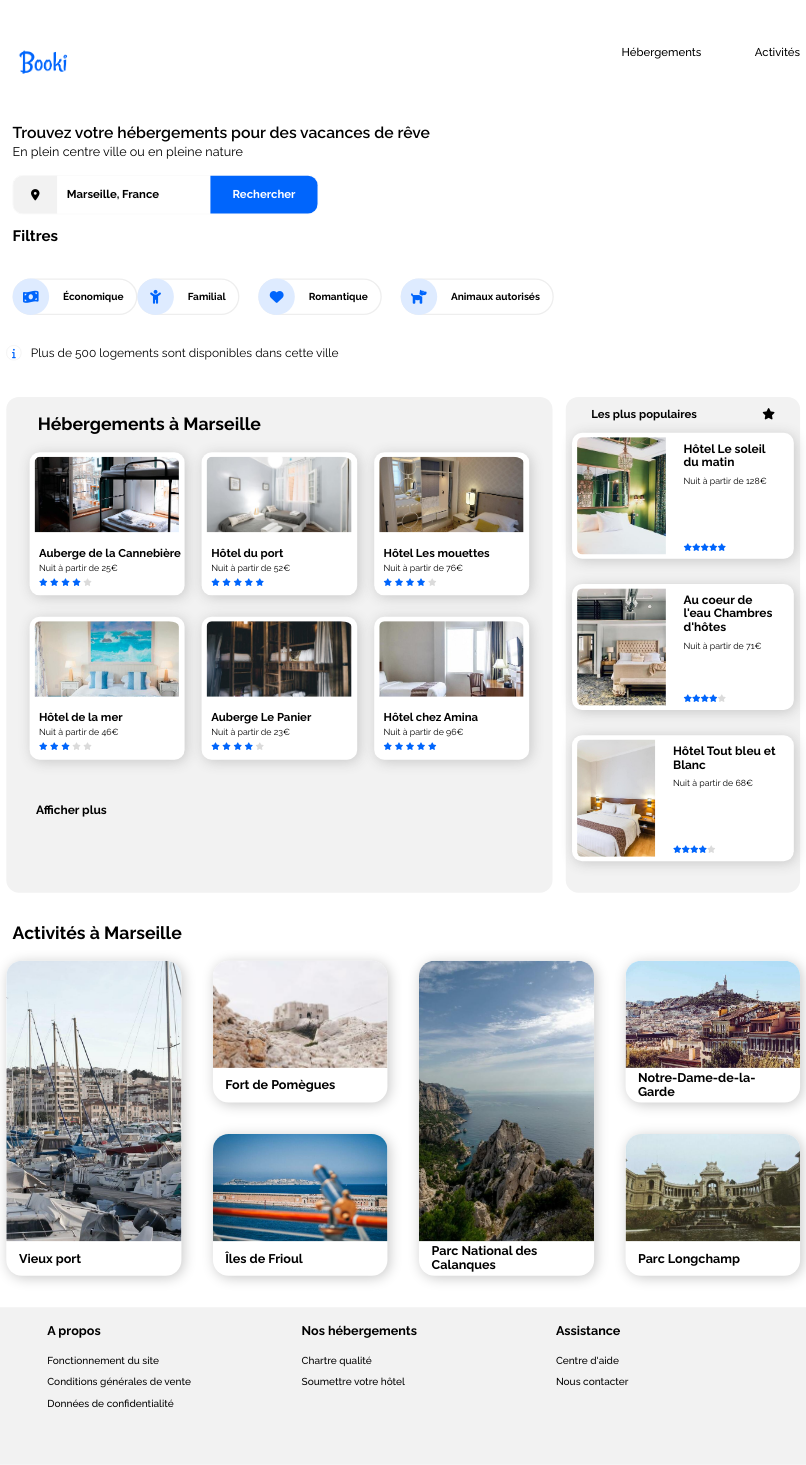
Repository: leandroBarbosaFR/booki
Page: index.html
An editor plug-in stored every save of this project. The page is shown before and after a run of saves, followed by the edit.
The browser window is 1280 px wide. The pictures show the whole page, at 63% of full size.

Above is the page before, as saved 2022-07-22 16:10:02.

After the next 2 saves:
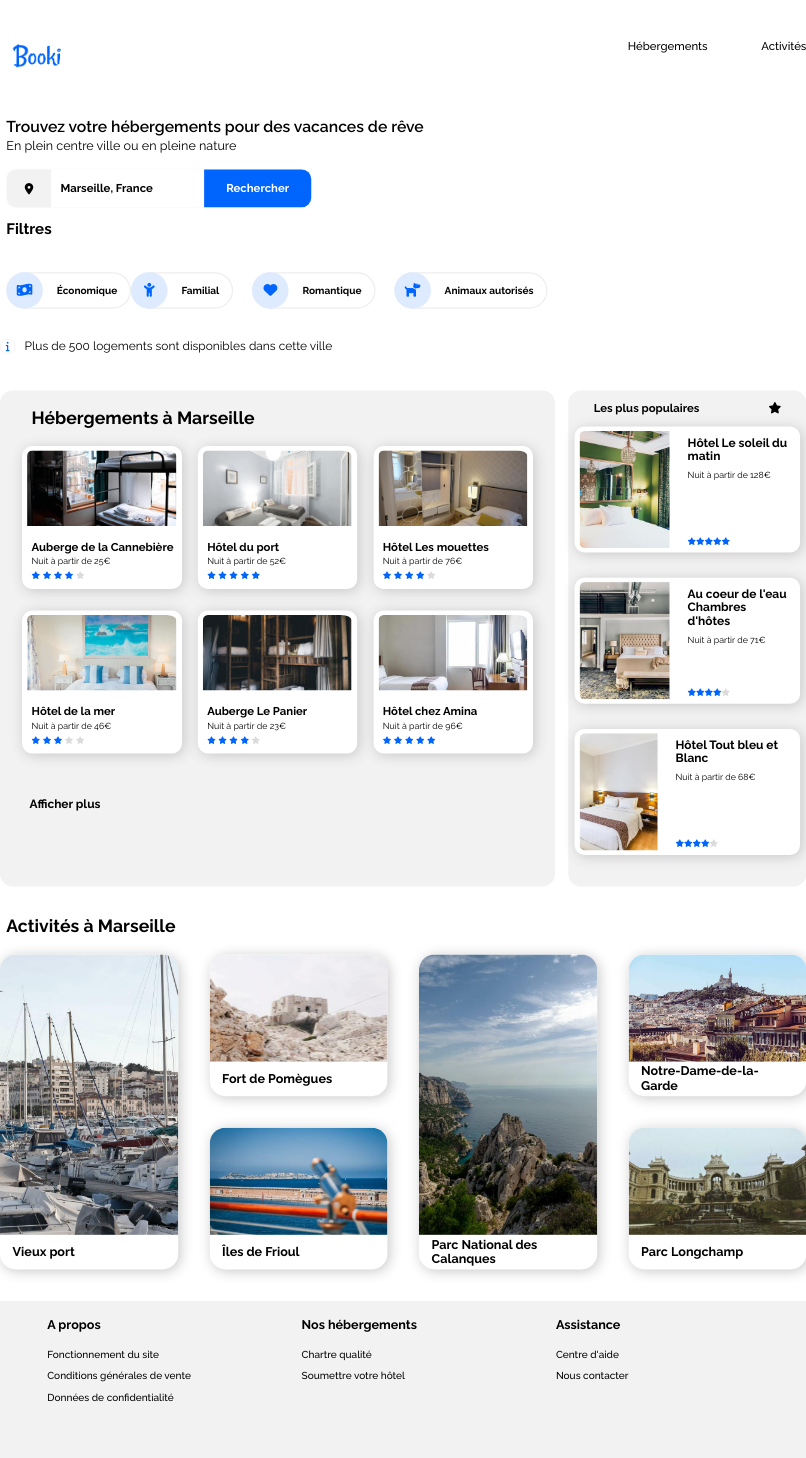
The 2 saves are shown as one change because they came seconds apart.
The last was saved 16 s later.
--- a/css/style.css
+++ b/css/style.css
@@ -1,9 +1,5 @@
 body {
   font-family: Raleway;
-}
-
-.body {
-  margin: 10px;
 }
 
 .h2-filtres {
